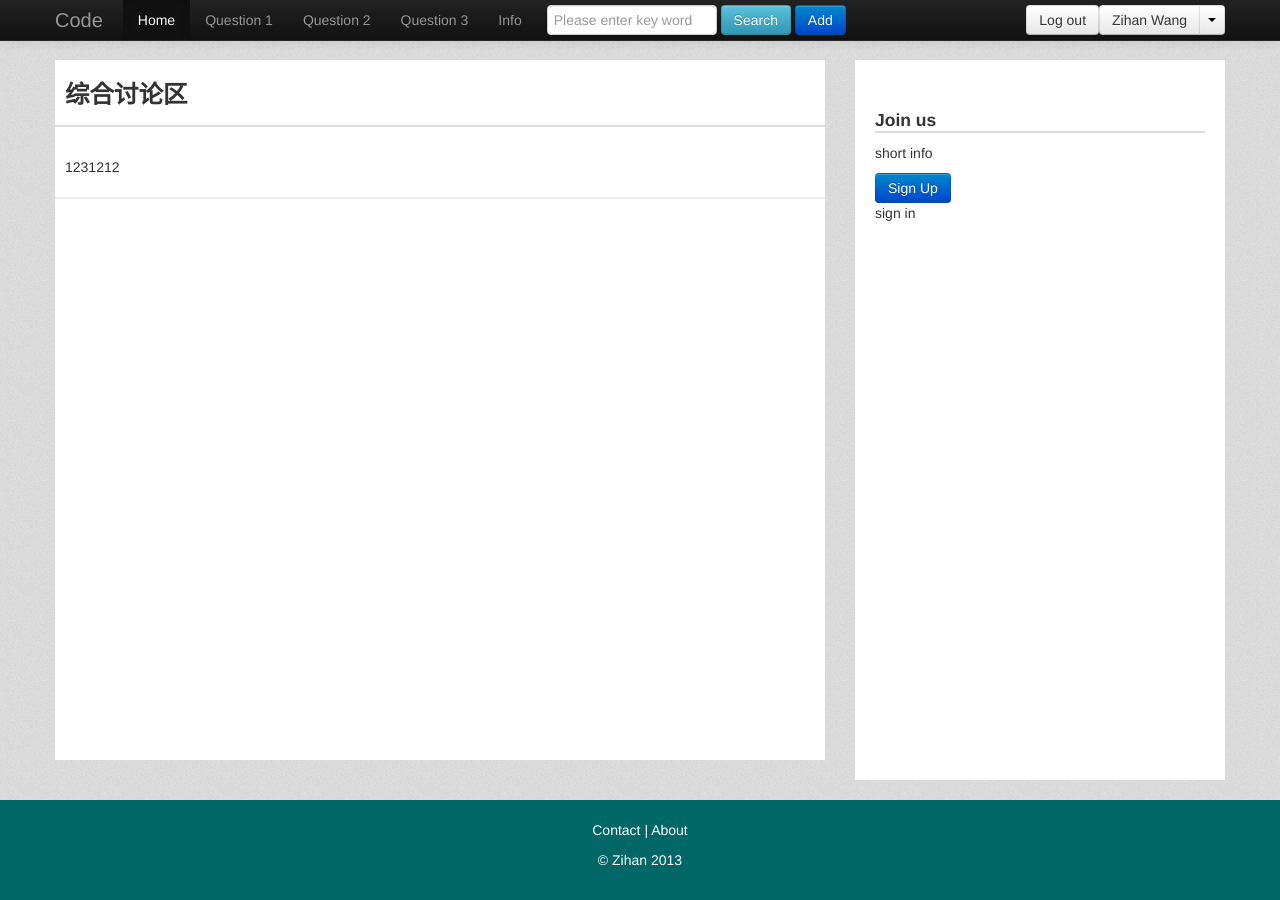
Repository: DataMonster/Java
Page: gweb2/war/index.html
An editor plug-in stored every save of this project. The page is shown before and after the next save, followed by the edit.
The browser window is 1280 px wide. The pictures show the whole page.

Above is the page before, as saved 2014-05-26 14:49:15.

After the next save:
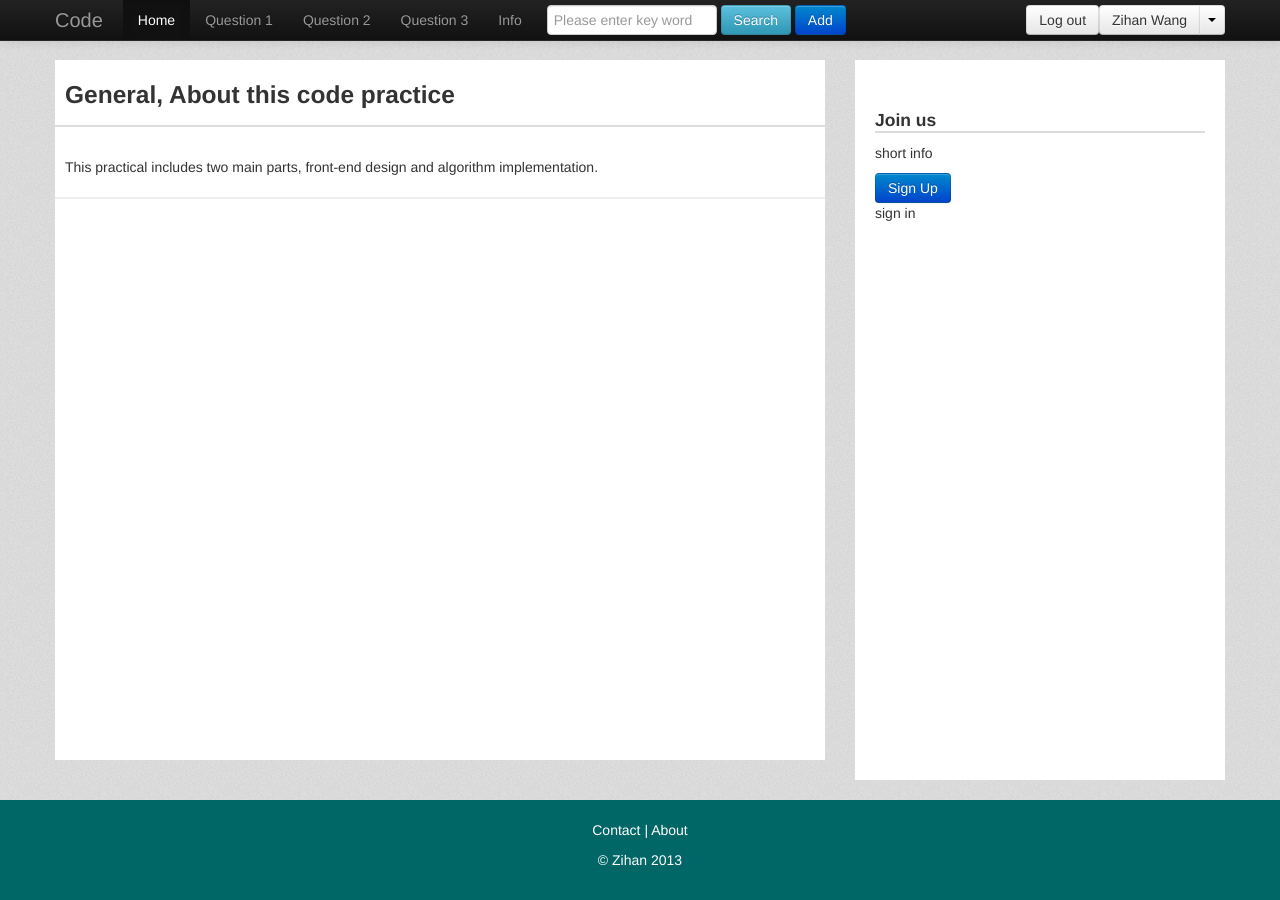
Saved 50 min 54 s later.
--- a/gweb2/war/index.html
+++ b/gweb2/war/index.html
@@ -86,10 +86,10 @@
       <div class="row">
           <div class="span8">
               <div class="content">
-                    <div class="content-header"><h3>综合讨论区</h3>
+                    <div class="content-header"><h3>General, About this code practice</h3>
                     </div>
                     <div class="content-list">
-                        1231212
+                        This practical includes two main parts, front-end design and algorithm implementation.
                     </div>
               </div>
           </div>
